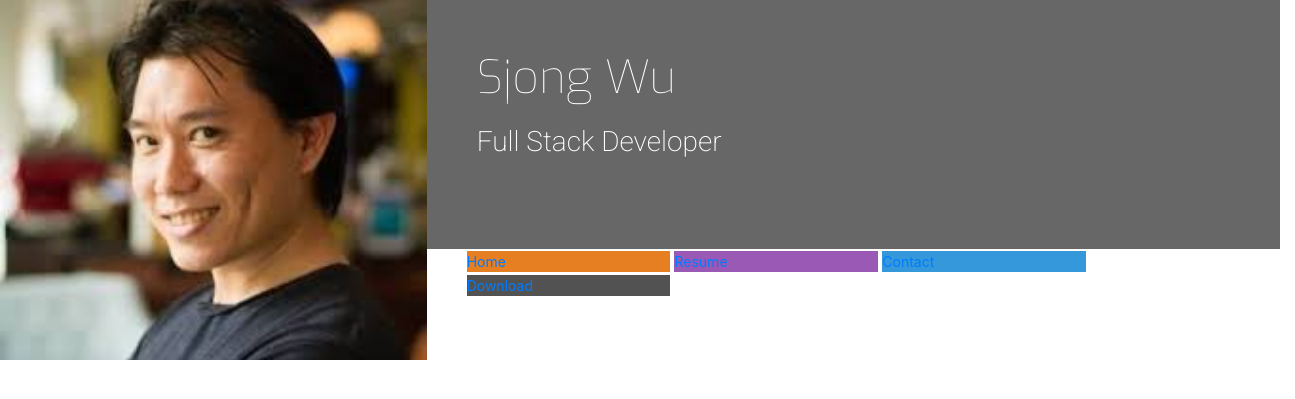
Repository: Scuzeme/codeinstitue-resume-project
Page: index.html
The author's editor kept a record of every edit. The page is drawn from the files as they stood at one moment, then again after the next edit.
The browser window is 1280 px wide. The page is 1295 px wide, then 1280 px, so the pictures cover 1295 px, including what lies to the right of the window. The pictures show the whole page.
Some web libraries are served in a nearby version.

Above is the page before.

After the next edit:
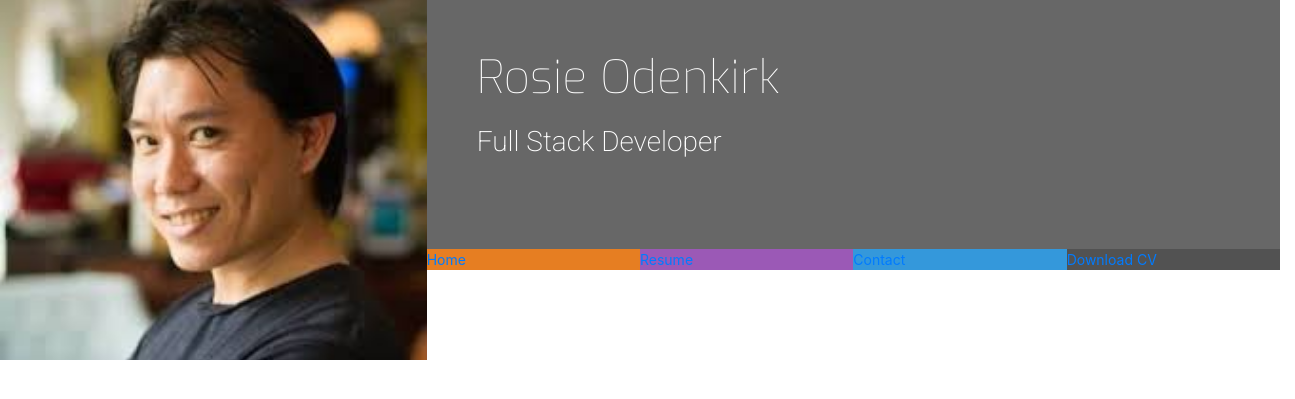
The edit:
--- a/index.html
+++ b/index.html
@@ -4,52 +4,48 @@
     <meta charset="UTF-8">
     <meta name="viewport" content="width=device-width, initial-scale=1.0">
     <meta http-equiv="X-UA-Compatible" content="ie=edge">
-    <link rel="stylesheet" href="https://stackpath.bootstrapcdn.com/bootstrap/4.3.1/css/bootstrap.min.css" type="text/css" />
-    <link rel="stylesheet" href="https://stackpath.bootstrapcdn.com/font-awesome/4.7.0/css/font-awesome.min.css" />
-    <link rel="stylesheet" href="assets/css/style.css" type="text/css" />
-
-
-    <title>Sjong</title>
+    <link rel="stylesheet" href="https://maxcdn.bootstrapcdn.com/bootstrap/4.2.1/css/bootstrap.min.css" type="text/css" />
+    <link rel="stylesheet" href="https://maxcdn.bootstrapcdn.com/font-awesome/4.7.0/css/font-awesome.min.css" type="text/css" />
+    <link rel="stylesheet" href="assets/css/style.css">
+    <title>Rosie</title>
 </head>
 <body>
     <header>
         <div class="row no-gutters">
-            <a href="index.html" class="col-md-4 logo">
-
-            </a>
+            <a class="col-md-4 logo" href="index.html"></a>
             <div class="col-md-8">
                 <div class="row no-gutters bg-color-name-title">
                     <div class="col heading">
-                        <h1 class="name">Sjong Wu</h1>
-                        <h2 class="title">Full Stack Developer</h2>
+                        <h1 class="name">Rosie Odenkirk</h1>
+                        <h2 class="title"> Full Stack Developer</h2>
                     </div>
                 </div>
-                <div class="row no-gutter">
+                <div class="row no-gutters">
                     <div class="col">
-                        <ul id="nav" class"list-inline menucontainer">
+                        <ul id="nav" class="list-inline menucontainer">
                             <li class="col-6 col-sm-3 ui-menu-color-home list-inline-item">
-                              <a href="#"><span>Home</span></a></li>
+                                <a href="#"><span>Home</span></a>
+                            </li>
                             <li class="col-6 col-sm-3 ui-menu-color-resume list-inline-item">
-                              <a href="#"><span>Resume</span></a></li>
+                                <a href="#"><span>Resume</span></a>
+                            </li>
                             <li class="col-6 col-sm-3 ui-menu-color-contact list-inline-item">
-                              <a href="#"><span>Contact</span></a></li>
+                                <a href="#"><span>Contact</span></a>
+                            </li>
                             <li class="col-6 col-sm-3 ui-menu-color-download list-inline-item">
-                              <a href="#"><span>Download</span></a></li>
+                                <a href="#"><span>Download CV</span></a>
+                            </li>
                         </ul>
                     </div>
                 </div>
             </div>
         </div>
-
     </header>
-
     <section>
 
     </section>
-
     <footer>
 
     </footer>
-
 </body>
 </html>
